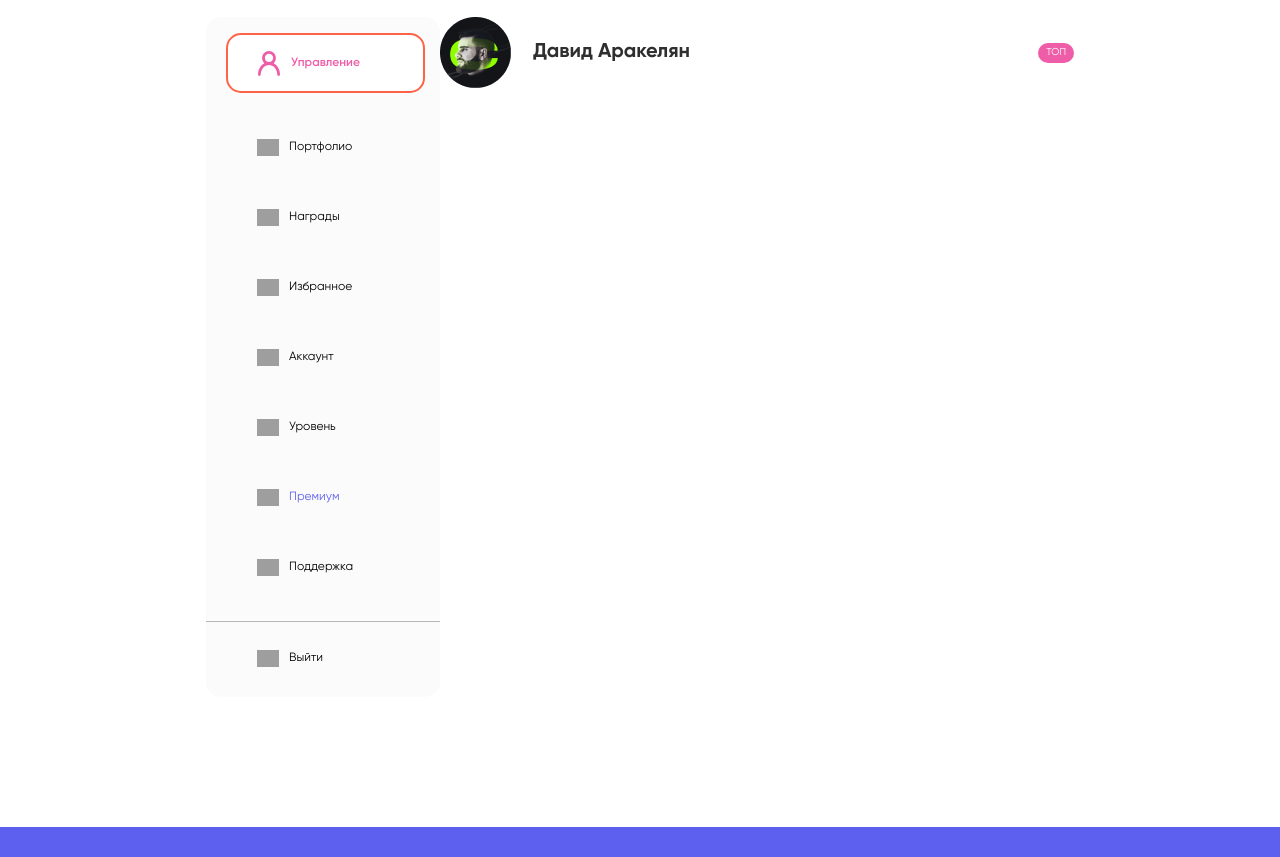
Repository: alexboagreek/selfmade
Page: index.html
The author's editor kept a copy of each file at every save. The page is drawn from the files as they stood at one save, then again after the next save.
The browser window is 1280 px wide. The pictures show the part of the page from y = 353 to 1210 px (the page is 1719 px tall).
Pictures or frames that could not be fetched are drawn as grey boxes. A picture or video elsewhere on the page could not be fetched, so the positions and the page height are approximate.

Above is the page before, as saved 2022-12-13 12:23:51.

### index.html
<!DOCTYPE html>
<html lang="ru">
<head>
    <meta charset="UTF-8">
    <meta http-equiv="X-UA-Compatible" content="IE=edge">
    <meta name="viewport" content="width=device-width, initial-scale=1.0">
    <link rel="stylesheet" href="css/style.css">
    <link rel="icon" type="image/png" sizes="64x64" href="assets/icons/favicon.png">
    <link rel="icon" type="image/png" sizes="48x48" href="assets/icons/favicon_48.png">
    <title>Selfmade</title>
</head>
<body>
    <header class="header">
        <div class="header__container">
            <h1 class="visually-hidden">Selfmade...</h1>
            <div class="header__box">
                <div class="header__logo">
                    <a href="/"><img src="./assets/icons/header_logo.svg" alt="Логотип Selfmade"></a>
                </div>
                <div class="header__login">
                    <div class="header__alarm">
                        <img class="header__alarm_icon" src="assets/icons/bell.svg" alt="authorization bell">
                    </div>
                    <p class="user__name">Аракелян Д.</p>
                    <div class="user__login">
                        <img src="assets/icons/user_icon.svg" alt="user icon">
                    </div>
                </div>

            </div>

        </div>
    </header>

    <main class="main main__container">
        <div class="sidebar">
            <ul class="menu__list">
                <li class="menu__list_item menu__list_item_fix">
                    <button class="menu__list_button menu__button_control control__text">Управление</button>
                </li>
                <li class="menu__list_item list_item_fix">
                    <button class="menu__list_button menu__button_portfolio">Портфолио</button>
                </li>
                <li class="menu__list_item list_item_fix">
                    <button class="menu__list_button menu__button_star">Награды</button>
                </li>
                <li class="menu__list_item list_item_fix">
                    <button class="menu__list_button menu__button_like">Избранное</button>
                </li>
                <li class="menu__list_item list_item_fix">
                    <button class="menu__list_button menu__button_settings">Аккаунт</button>
                </li>
                <li class="menu__list_item list_item_fix">
                    <button class="menu__list_button menu__button_level">Уровень</button>
                </li>
                <li class="menu__list_item list_item_fix">
                    <button class="menu__list_button menu__button_premium menu__button_active">Премиум</button>
                </li>
                <li class="menu__list_item item__border list_item_fix">
                    <button class="menu__list_button menu__button_helper">Поддержка</button>
                </li>
                <li class="menu__list_item list_item_fix menu__line">
                    <button class="menu__list_button menu__button_exit">Выйти</button>
                </li>
            </ul>
        </div>
        <div class="content">
            <section class="interface">
                <div class="interface__box">
                    <div class="interface__box_header">
                        <div class="user__info">
                            <img src="assets/img/interface.png" alt="Логотип интерфейса юзера | user interface logo" class="interface__img">
                            <p class="interface__text">Давид Аракелян</p>
                        </div>
                        <div class="interface__rating">Топ</div>
                    </div>
                </div>
            </section>
        </div>
    </main>

  <footer class="footer">
    <div class="footer__container">
        <div class="footer__box">
            <img src="./assets/icons/footer_logo.svg" alt="Логотип Selfmade">
            <div class="footer__social">
                <ul class="footer__social_list">
                    <li class="footer__social_list_item">
                        <svg width="15" height="14" viewbox="0 0 15 14" fill="none" xmlns="http://www.w3.org/2000/svg">
                            <path d="M0.911243 6.87875L4.18677 8.10128L5.45459 12.1786C5.53572 12.4397 5.85504 12.5363 6.067 12.363L7.89283 10.8745C8.08421 10.7186 8.35682 10.7108 8.55683 10.856L11.85 13.2469C12.0767 13.4117 12.3979 13.2875 12.4548 13.0135L14.8672 1.40935C14.9293 1.11007 14.6352 0.860402 14.3502 0.970619L0.907405 6.15646C0.575664 6.2844 0.578554 6.75408 0.911243 6.87875ZM5.25027 7.4505L11.6519 3.50775C11.7669 3.43709 11.8853 3.59266 11.7865 3.6843L6.50332 8.59526C6.31761 8.76813 6.19783 8.99946 6.1639 9.25055L5.98393 10.5842C5.9601 10.7623 5.70995 10.78 5.66081 10.6077L4.96866 8.17563C4.88939 7.89823 5.00491 7.60194 5.25027 7.4505Z" fill="#5D5FEF"/>
                        </svg>
                    </li>
                    <li class="footer__social_list_item">
                        <svg width="15" height="15" viewbox="0 0 15 15" fill="none" xmlns="http://www.w3.org/2000/svg">
                            <path fill-rule="evenodd" clip-rule="evenodd" d="M4.90509 0.6828C2.54568 0.6828 0.632996 2.59548 0.632996 4.9549V10.295C0.632996 12.6544 2.54568 14.5671 4.90509 14.5671H10.2452C12.6046 14.5671 14.5173 12.6544 14.5173 10.295V4.9549C14.5173 2.59548 12.6046 0.6828 10.2452 0.6828H4.90509ZM7.57515 3.88687C5.51067 3.88687 3.83707 5.56047 3.83707 7.62496C3.83707 9.68944 5.51067 11.363 7.57515 11.363C9.63964 11.363 11.3132 9.68944 11.3132 7.62496C11.3132 5.56047 9.63964 3.88687 7.57515 3.88687ZM11.5421 4.64975C12.0898 4.64975 12.5338 4.20573 12.5338 3.65801C12.5338 3.11029 12.0898 2.66627 11.5421 2.66627C10.9944 2.66627 10.5504 3.11029 10.5504 3.65801C10.5504 4.20573 10.9944 4.64975 11.5421 4.64975Z" fill="#5D5FEF"/>
                        </svg>
                    </li>
                    <li class="footer__social_list_item">
                        <svg width="16" height="9" viewbox="0 0 16 9" fill="none" xmlns="http://www.w3.org/2000/svg">
                            <path d="M12.9479 4.91454C12.7006 4.61918 12.7714 4.48778 12.9479 4.22376C12.9511 4.22075 14.9925 1.55289 15.2028 0.648132L15.2041 0.647529C15.3086 0.317814 15.2041 0.0755005 14.6987 0.0755005H13.0263C12.6006 0.0755005 12.4043 0.283456 12.2991 0.516125C12.2991 0.516125 11.4477 2.44378 10.2431 3.69332C9.85434 4.05438 9.67462 4.17012 9.46239 4.17012C9.35787 4.17012 9.19535 4.05438 9.19535 3.72467V0.647529C9.19535 0.252112 9.07617 0.0755005 8.72373 0.0755005H6.09412C5.82709 0.0755005 5.66839 0.259948 5.66839 0.431737C5.66839 0.80666 6.27066 0.892856 6.33312 1.9477V4.23642C6.33312 4.73792 6.23689 4.83015 6.02338 4.83015C5.45489 4.83015 4.07508 2.89465 3.25739 0.679476C3.09232 0.249701 2.93108 0.0761032 2.50216 0.0761032H0.829178C0.351821 0.0761032 0.255585 0.284059 0.255585 0.516728C0.255585 0.927817 0.824079 2.97181 2.89921 5.67222C4.28221 7.51549 6.22988 8.51428 8.00164 8.51428C9.06661 8.51428 9.19663 8.29246 9.19663 7.91091C9.19663 6.14961 9.10039 5.98325 9.63383 5.98325C9.88111 5.98325 10.3068 6.09898 11.3011 6.98806C12.4374 8.04231 12.6242 8.51428 13.2602 8.51428H14.9326C15.4093 8.51428 15.6508 8.29246 15.5119 7.85485C15.1939 6.93442 13.0448 5.04112 12.9479 4.91454V4.91454Z" fill="#5D5FEF"/>
                        </svg>
                    </li>
                    <li class="footer__social_list_item">
                        <svg width="7" height="14" viewbox="0 0 7 14" fill="none" xmlns="http://www.w3.org/2000/svg">
                            <path d="M5.1126 2.93661H6.8285V0.446777H4.81141V0.455757C2.36736 0.540786 1.86645 1.89031 1.8223 3.30771H1.81727V4.55101H0.153015V6.9893H1.81727V13.5253H4.3254V6.9893H6.37996L6.77685 4.55101H4.32622V3.79984C4.32622 3.32082 4.65072 2.93661 5.1126 2.93661Z" fill="#5D5FEF"/>
                        </svg>
                    </li>
                </ul>
            </div>
        </div>
        <div class="footer__services">
            <ul class="services__list">
                <li class="services__list_item">Как работает сервис?</li>
                <li class="services__list_item">Советы от SELFMADE</li>
                <li class="services__list_item">Пользовательское соглашение</li>
                <li class="services__list_item">Почему SELFMADE</li>
                <li class="services__list_item">Помощь и поддержка</li>
            </ul>
        </div>
    </div>
    <div class="footer__copyright">
        <ul class="footer__copyright_list">
            <li class="footer__copyright_list_item footer__copy_text">© SELFMADE.TEAM 2022</li>
            <li class="footer__copyright_list_item footer__copy_text-info">ИНН 431207720494 / ОГРНИП 320508100324371</li>
            <li class="footer__copyright_list_item">
                <a class="footer__copyright_link" href="#">Политика конфиденциальности</a>
            </li>
        </ul>
    </div>

  </footer>
</body>
</html>

### css/style.css
@import 'normalize.css';
@import 'fonts.css';
@import 'default.css';
@import 'header.css';
@import 'sidebar.css';
@import 'interface.css';
@import 'footer.css';

### css/fonts.css
@font-face {
    font-family: Gilroy;
    src: url(../assets/fonts/Gilroy-Regular.woff2) format('woff2'),
    url(../assets/fonts/Gilroy-Regular.woff) format('woff');
    font-weight: 400;
}

@font-face {
    font-family: Gilroy;
    src: url(../assets/fonts/Gilroy-Semibold.woff2) format('woff2'),
    url(../assets/fonts/Gilroy-Semibold.woff) format('woff');
    font-weight: 500;
}

@font-face {
    font-family: Gilroy;
    src: url(../assets/fonts/Gilroy-Bold.woff2) format('woff2'),
    url(../assets/fonts/Gilroy-Bold.woff) format('woff');
    font-weight: 600;
}

### css/default.css
:root {
    --color-control-text:#EF5DA8;
    --color-menu: #F0F0F0;
    --color-menu-active: #5D5FEF;
    --color-alarm: #EF5DA8;
    --color-main: #FBFBFB;
    --footer-color-main: #5D5FEF;
    --footer-color-copyright: #5556D3;
    --footer-social-color: #FFFFFF;
    --footer-copyright-link: #B6B6B6;
}

html {
  overflow-x: hidden;
  position: relative;
  box-sizing: border-box;
}

*,
*::before,
*::after {
  box-sizing: inherit;
}

body {
  display: flex;
  flex-direction: column;
  min-width: 320px;
  height: 100%;
  font-family: Gilroy, sans-serif;
  background-color: #FFFFFF;
  font-size: 16px;
  overflow-x: hidden;
  position: relative;
}

img,
svg {
  max-width: 100%;
  max-height: 100%;
  height: auto;
}

button {
  padding: 0;
  cursor: pointer;
  border: none;
  background-color: transparent;
}

a {
  text-decoration: none;
  color: inherit;
}

ul {
  list-style: none;
  padding: 0;
  margin: 0;
}

h1,
h2,
h3,
p,
figure,
fieldset {
  margin: 0;
}

iframe {
  border: none;
}

fieldset {
  padding: 0;
  border: 0;
}

.visually-hidden {
  position: fixed;
  transform: scale(0);
}

.container {
    max-width: 1400px;
    padding: 0 100px;
    margin: 0 auto;
}

### css/header.css
.header {
    padding-top: 28px;
    padding-bottom: 37px;
    flex: 0 0 auto;
    background-color: #FFFFFF;
}

.header__box {
    display: flex;
    justify-content: space-between;
    align-items: center;
}

.header__container {
    max-width: 1500px;
    margin: 0 auto;
    padding: 0 100px;
}

.header__alarm {
    position: relative;
    margin-right: 11px;
}

.header__alarm::after {
    position: absolute;
    top: 0;
    content: '';
    width: 5px;
    height: 5px;
    background-color: var(--color-alarm);
    border-radius: 50%;
}
.user__name {
    margin-right: 6px;
}

.header__login {
    display: flex;
    align-items: center;
}

.user__login {
    cursor: pointer;
}

.services__list_item {
    cursor: pointer;
}

### css/sidebar.css
.main {
    display: flex;
}

.main__container {
    max-width: 1200px;
    margin: 0 auto;
}

.sidebar {
    display: flex;
    justify-content: center;
    width: 234px;
    border-radius: 15px;
    background-color: var(--color-main);
    margin-bottom: 130px;
}

.menu__list_button {
    font-size: 12px;
    line-height: 16px;
    padding: 7px 8px 7px 40px;
    background-size: 22px;
    background-position: 8px center;
    background-repeat: no-repeat;
    border-radius: 50px;
    border: 1px solid transparent;
    white-space: nowrap;
    outline: none;
    margin-bottom: 38px;
}

.menu__list_item_fix {
    display: flex;
    padding-left: 20px;
    align-items: flex-start;
}

.menu__button_active {
    color: var(--color-menu-active);
}

.menu__button_control {
    width: 199px;
    margin-top: 16px;
    border-radius: 15px;
    border: 2px solid tomato;
    padding: 20px;
    background-color: #FFFFFF;
    background-image: url('../assets/icons/user__icon.svg');
    background-position: calc(30px);
}

.control__text {
    font-weight: 500;
    color: var(--color-control-text);
}

.menu__button_portfolio {
    background-image: url('../assets/icons/portfolio_icon.svg');
}
.menu__button_star {
    background-image: url('../assets/icons/star_icon.svg');
}

.menu__button_like {
    background-image: url('../assets/icons/like_icon.svg');
}
.menu__button_settings {
    background-image: url('../assets/icons/settings_icon.svg');
}
.menu__button_level {
    background-image: url('../assets/icons/level_icon.svg');
}
.menu__button_premium {
    background-image: url('../assets/icons/premium_icon.svg');
}

.menu__button_helper {
    background-image: url('../assets/icons/helper_icon.svg');
}

.menu__line {
    width: 234px;
    border-top: 1px solid var(--footer-copyright-link);
}
.menu__button_exit {
    background-image: url('../assets/icons/exit_icon.svg');
    margin-top: 20px;
    margin-bottom: 23px;
}

.list_item_fix {
    padding-left: 42px;
}

### css/interface.css
.interface__box {
    width: 634px;
}
.interface__box_header {
    display: flex;
    justify-content: space-between;
    align-items: center;
}
.user__info {
    display: flex;
    align-items: center;
}

.interface__text {
    font-weight: 700;
    font-size: 20px;
    margin-left: 22px;
    line-height: 1.06;
    color: #2F2F2F;
}

.interface__rating {
    padding: 4px 8px;
    border-radius: 47px;
    color: #FFFFFF;
    background-color: var( --color-control-text);
    font-size: 10px;
    text-transform: uppercase;
}

### css/footer.css
.footer {
    flex: 0 0 auto;
}

.footer__container {
    padding: 50px 140px 0px 140px;
    background-color: var(--footer-color-main);
}

.footer__box {
    display: flex;
    justify-content: space-between;
    background-color: var(--footer-color-main);
    margin-bottom: 50px;
}

.footer__social_list_item {
    display: flex;
    align-items: center;
    justify-content: center;
    width: 29px;
    height: 29px;
    background-color: var(--footer-social-color);
    border-radius: 50%;
    margin-right: 19px;
    cursor: pointer;
}

.footer__social_list_item:last-child {
    margin-right: 0;
}

.footer__social_list {
    display: flex;
}

.footer__services {
    padding-bottom: 41px;
}

.services__list {
    display: flex;
    justify-content: space-between;
}
.services__list_item {
    font-size: 16px;
    font-weight: 500;
    color: var(--footer-social-color);
}

.footer__copyright {
    padding: 30px 140px;
    border-top: 1px solid #FFFFFF;
    background-color: var(--footer-color-copyright);
}

.footer__copyright_list {
    display: flex;
    justify-content: space-between;
}

.footer__copy_text {
    font-weight: 500;
    line-height: 16px;
    color: var(--footer-social-color);
}

.footer__copy_text-info {
    font-weight: 400;
    color: var(--footer-social-color);
}
.footer__copyright_link {
    color: var(--footer-copyright-link);
}

Loaded but not shown: css/normalize.css (library)

After the next save:
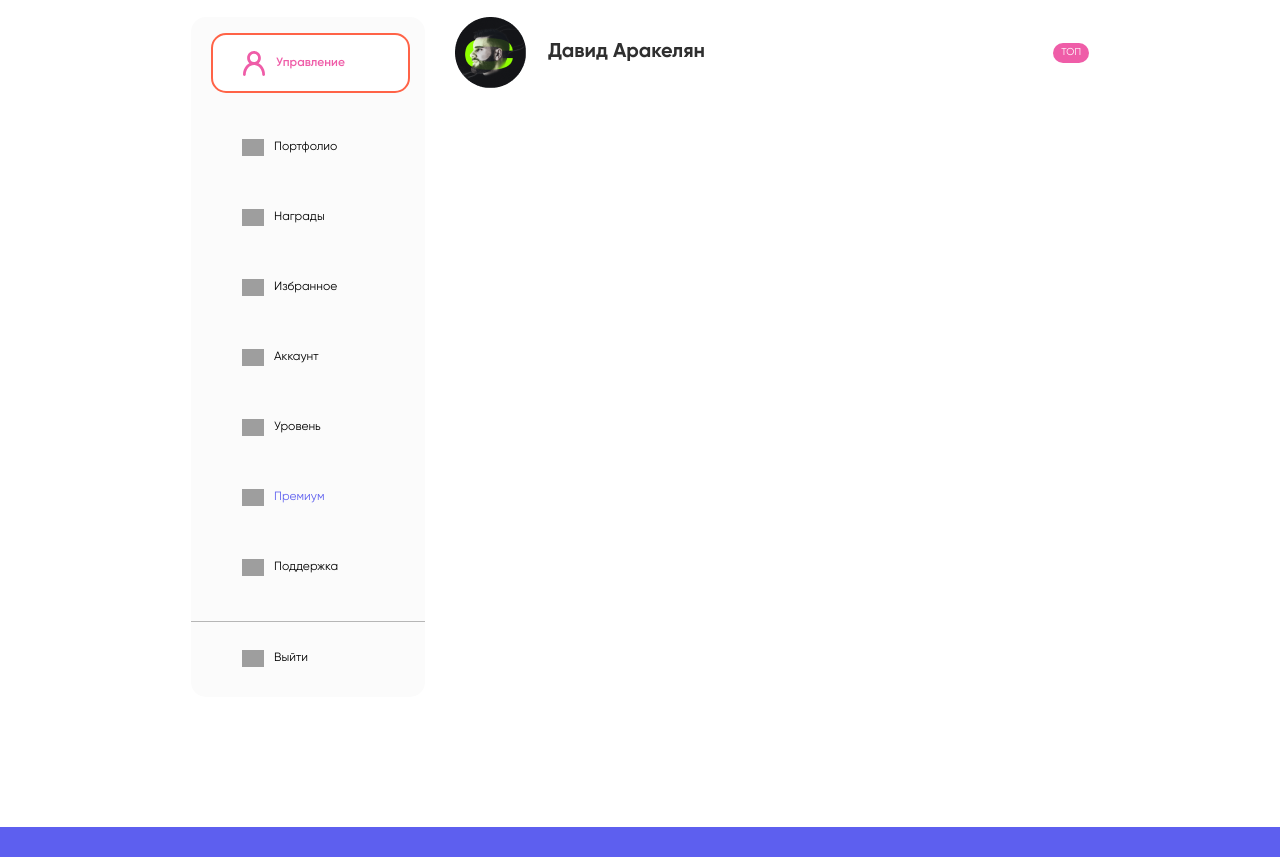
Saved 42 s later.
--- a/css/sidebar.css
+++ b/css/sidebar.css
@@ -14,6 +14,7 @@
     border-radius: 15px;
     background-color: var(--color-main);
     margin-bottom: 130px;
+    margin-right: 30px;
 }
 
 .menu__list_button {
